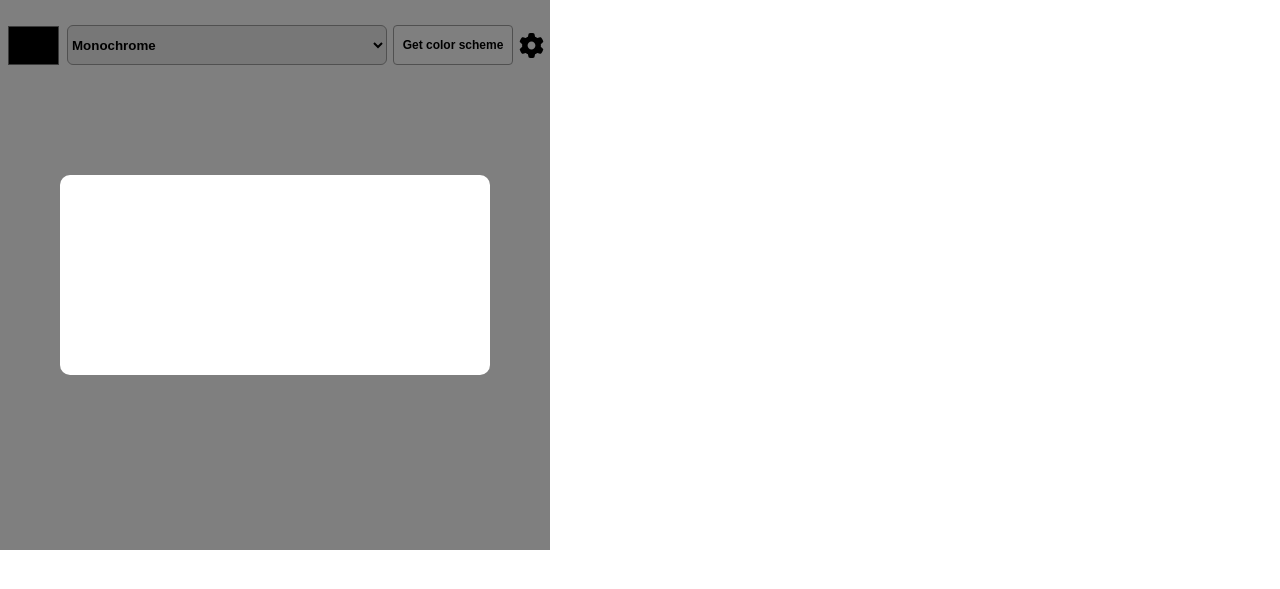
Repository: RadziSzop/colorPicker
Page: index.html
These files come from the project's save history. The page is drawn as it stood at one moment and after the next save; the edit follows.
The browser window is 1280 px wide. The pictures show the whole page.
After loading, the first visible `#submit-button` was clicked once.
The page's requests for data from a server got no answer.

Above is the page before, as saved 2022-03-04 23:02:56.

After the next save:
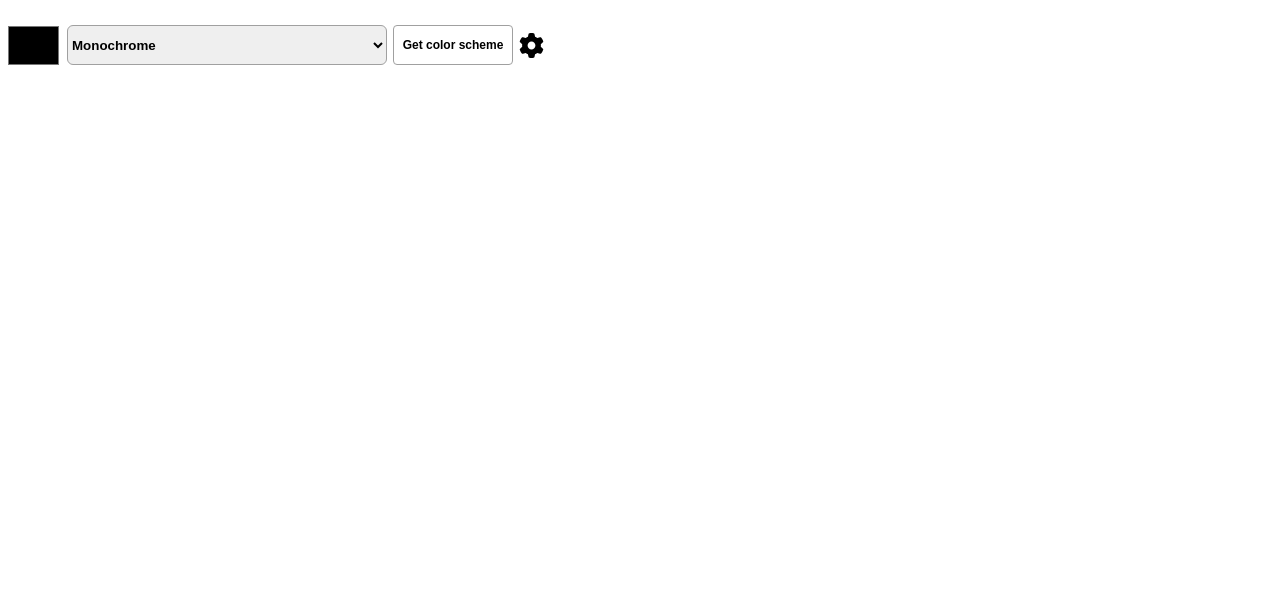
Saved 2 min 26 s later.
--- a/main.js
+++ b/main.js
@@ -13,7 +13,6 @@
 let colorPicerEl = document.querySelector("#color-picker")
 let menuEl = document.querySelector("#menu")
 let modalEl = document.querySelector(".modal")
-
 let testEl = document.querySelector("#test")
 let apiData
 //     chrome.storage.sync.get('foo', function(items) {
@@ -27,7 +26,7 @@
 function getingColors(){
     let color = colorPicerEl.value.slice(1)
     let type = menuEl.value.toLowerCase()
-
+    modalEl.style.display = "none"
     // chrome.storage.sync.set({'foo': color}, function() {
     //     console.log('Settings saved');
     //   });

After the save that followed:
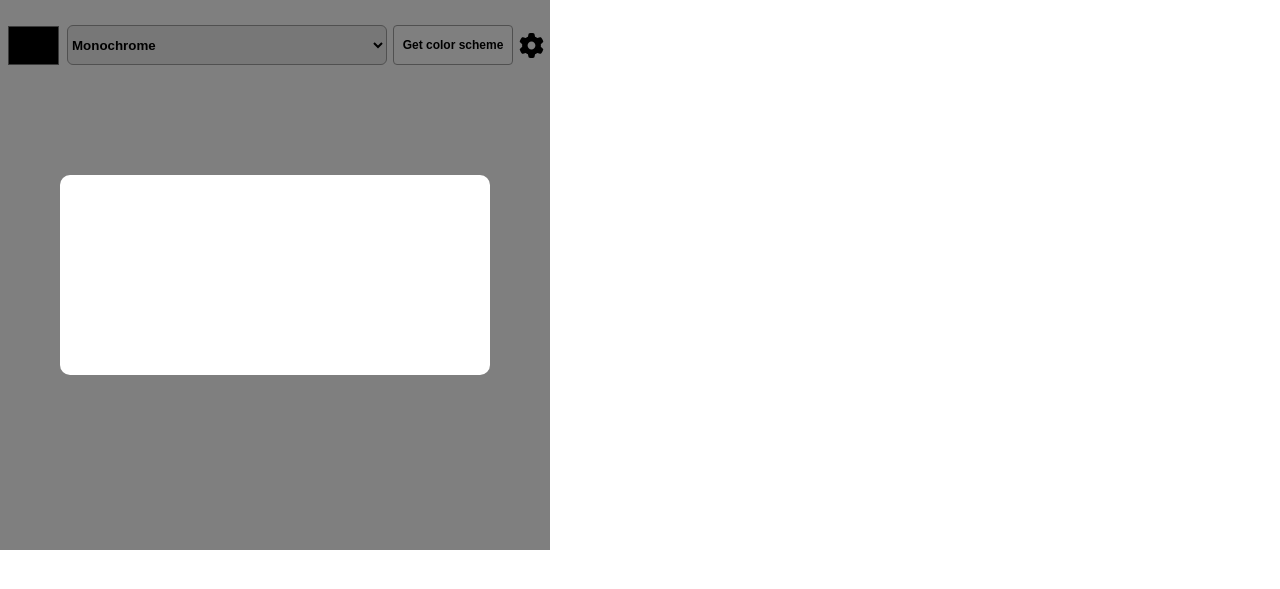
Saved 10 s later.
--- a/main.js
+++ b/main.js
@@ -26,7 +26,7 @@
 function getingColors(){
     let color = colorPicerEl.value.slice(1)
     let type = menuEl.value.toLowerCase()
-    modalEl.style.display = "none"
+    modalEl.style.display = "flex"
     // chrome.storage.sync.set({'foo': color}, function() {
     //     console.log('Settings saved');
     //   });
